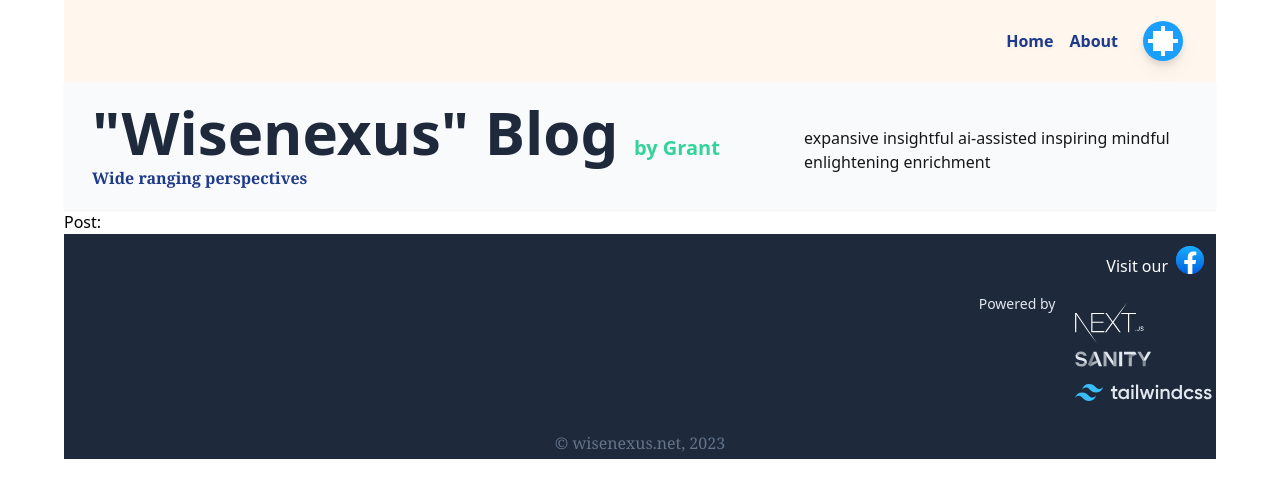
Repository: gpgundersen/sanity3-nextjs13-blog
Page: /post
An editor plug-in stored every save of this project. The page is shown before and after the next save, followed by the edit.
The browser window is 1280 px wide. The pictures show the whole page.
The project was rebuilt for these pictures with package versions that can differ from the ones it lists, and the page was loaded fresh each time. The framework's server and built-in components were replaced by stand-ins that run in the browser. Also part of the build but not shown: next.config.js.

Above is the page before, as saved 2023-02-05 20:36:40.

### app/(user)/layout.tsx
import Header from "../../components/Header"
import Banner from "../../components/Banner"
import Footer from "../../components/Footer"
import "../../styles/globals.css";

export default function RootLayout({
  children,
}: {
  children: React.ReactNode
}): JSX.Element {
  return (
    <html>
      <head />
      <body className="max-w-6xl mx-auto">
        <Header />
        <Banner />
        {children}
        <Footer />
        </body>
    </html>
  )
}

### app/(user)/post/page.tsx
import { client } from "../../../lib/sanity.client"

type Props = {
    params: {
        slug: string;
    };
};

function Post({params:
    { slug } }: Props) {
        return <div>Post: {slug}</div>;
    }


export default Post;

### components/Header.tsx
import NexusLogo from "./NexusLogo"
import Link from "next/link"

function Header() {
    return (
        <header className="flex items-center justify-end space-x-1 font-bold px-7 py-4 bg-orange-50">
            <div className="flex items-center justify-end space-x-4 mx-4 text-blue-900 drop-shadow-sm">
            <div className="hover:text-blue-500"><Link href="/">Home</Link></div>
            <div className="hover:text-blue-500"><Link href="/about/wise-phil">About</Link></div>
            </div>
            <div className="drop-shadow-lg">
               <NexusLogo />
            </div>
        </header>
    )
}

export default Header

### components/Banner.tsx
function Banner() {
    return <div className="flex items-center justify-between space-x-1 font-bold px-7 py-5 bg-slate-50 shadow-sm">
        <div >
            <h1 className="text-6xl text-slate-800">"Wisenexus" Blog <span className=" text-xl text-emerald-400">by Grant</span></h1>
            <h2 className="mt-4 md:mt-1 text-blue-900 font-serif">Wide ranging perspectives</h2>
        </div>
        <p className="mt-5 md:mt-2 max-w-sm text-neutral-900 font-thin">expansive insightful ai-assisted inspiring mindful enlightening enrichment</p>
        </div>

}

export default Banner

### components/Footer.tsx
import FbIcon from "./FbIcon"
import NextJsIcon from "./NextJsIcon"
import SanityIcon from "./SanityIcon"
import TailwindIcon from "./TailwindIcon"

function Footer() {
    return <div className="bg-slate-800 text-slate-200">
      <div className="container flex flex-col p-1">
        <div className="flex justify-end p-2 mr-7ver">
            <p className="text-white m-2 font-light">Visit our</p><FbIcon />
        </div>
        <div className="flex flex-wrap justify-end space-x-5 space-y-2">
          <p className="text-sm">Powered by</p>
          <ul>
            <li><NextJsIcon /></li>
            <li><SanityIcon /></li>
            <li className="mt-2.5"><TailwindIcon /></li>
          </ul>
          </div>
       <h6 className="font-serif text-slate-500 text-center mt-6">© wisenexus.net, 2023</h6>
      </div>
    </div>
}

export default Footer

### components/NexusLogo.tsx
function NexusLogo(props: any) {
    const {renderDefault, title} = props;
    return <div className="flex items-center space-x-2">
        <svg width="50" height="50" viewBox="0 0 50 50">
            <circle cx="25" cy="25" r="20" fill="#1B9FFF"/>
            <rect x="15" y="15" width="20" height="20" fill="white"/>
            <path d="M 25 10 L 25 40" stroke="white" strokeWidth="4"/>
            <path d="M 10 25 L 40 25" stroke="white" strokeWidth="4"/>
        </svg>
        {renderDefault && <>{renderDefault(props)}</>}
    </div>;
}

export default NexusLogo

### components/FbIcon.tsx
function FbIcon() {
    return <button className="bg-blue-600 rounded-full w-7 h-full">
      <a target="_blank" href="https://www.facebook.com/wise.nexus" rel="noopener noreferrer">
        <svg className="fill-white" xmlns="http://www.w3.org/2000/svg" viewBox="0 0 40 40">
          <linearGradient xmlns="http://www.w3.org/2000/svg" id="a" x1="-277.375" x2="-277.375" y1="406.6018" y2="407.5726" gradientTransform="matrix(40 0 0 -39.7778 11115.001 16212.334)" gradientUnits="userSpaceOnUse">
            <stop offset="0" stopColor="#0062e0"/>
            <stop offset="1" stopColor="#19afff"/>
          </linearGradient>
            <path xmlns="http://www.w3.org/2000/svg" fill="url(#a)" d="M16.7 39.8C7.2 38.1 0 29.9 0 20 0 9 9 0 20 0s20 9 20 20c0 9.9-7.2 18.1-16.7 19.8l-1.1-.9h-4.4l-1.1.9z"/>
            <path xmlns="http://www.w3.org/2000/svg" fill="#fff" d="m27.8 25.6.9-5.6h-5.3v-3.9c0-1.6.6-2.8 3-2.8H29V8.2c-1.4-.2-3-.4-4.4-.4-4.6 0-7.8 2.8-7.8 7.8V20h-5v5.6h5v14.1c1.1.2 2.2.3 3.3.3 1.1 0 2.2-.1 3.3-.3V25.6h4.4z"/>
        </svg>
      </a>
    </button>
}

export default FbIcon

### components/NextJsIcon.tsx
function NextJsIcon() {
    return <button className="">
        <a target="_blank" href="https://nextjs.org/" rel="noopener noreferrer">
            <svg xmlns="http://www.w3.org/2000/svg" width="68.7px" height="41.35px" viewBox="0 0 207 124" fill="white">
            <path d="M48.9421964,32.6320058 L87.9011585,32.6320058 L87.9011585,35.7136421 L52.5134345,35.7136421 L52.5134345,58.9070103 L85.7908813,58.9070103 L85.7908813,61.9886466 L52.5134345,61.9886466 L52.5134345,87.4526941 L88.306981,87.4526941 L88.306981,90.5343303 L48.9421964,90.5343303 L48.9421964,32.6320058 Z M91.3912326,32.6320058 L95.5306221,32.6320058 L113.8738,58.0960534 L132.622801,32.6320058 L158.124498,0.286809811 L116.22757,60.7722112 L137.817329,90.5343303 L133.51561,90.5343303 L113.8738,63.4483691 L94.1508254,90.5343303 L89.9302715,90.5343303 L111.682358,60.7722112 L91.3912326,32.6320058 Z M139.359455,35.713642 L139.359455,32.6320058 L183.756439,32.6320058 L183.756439,35.7136421 L163.302983,35.7136421 L163.302983,90.5343303 L159.731745,90.5343303 L159.731745,35.7136421 L139.359455,35.713642 Z"/>
            <polygon points="0.202923647 32.6320058 4.66697141 32.6320058 66.2235778 124.303087 40.785176 90.5343303 3.93649086 37.0111732 3.77416185 90.5343303 0.202923647 90.5343303"/>
            <path d="M183.396622,86.5227221 C184.134938,86.5227221 184.673474,85.9601075 184.673474,85.233037 C184.673474,84.5059658 184.134938,83.9433513 183.396622,83.9433513 C182.666993,83.9433513 182.11977,84.5059658 182.11977,85.233037 C182.11977,85.9601075 182.666993,86.5227221 183.396622,86.5227221 Z M186.905793,83.1297235 C186.905793,85.2763149 188.460599,86.678523 190.727662,86.678523 C193.142388,86.678523 194.601647,85.233037 194.601647,82.7229099 L194.601647,73.8855335 L192.655968,73.8855335 L192.655968,82.7142542 C192.655968,84.1078073 191.952397,84.8521899 190.710289,84.8521899 C189.598473,84.8521899 188.842785,84.1597409 188.816727,83.1297235 L186.905793,83.1297235 Z M197.146664,83.0172011 C197.285642,85.2503478 199.153145,86.678523 201.932686,86.678523 C204.903321,86.678523 206.762139,85.1811034 206.762139,82.792155 C206.762139,80.9138876 205.702439,79.8752151 203.131364,79.2779777 L201.750279,78.9404092 C200.117298,78.5595622 199.457158,78.0488813 199.457158,77.1573541 C199.457158,76.0321243 200.482113,75.296398 202.019547,75.296398 C203.478806,75.296398 204.48639,76.0148135 204.668797,77.1660091 L206.562359,77.1660091 C206.44944,75.0626962 204.590622,73.5825873 202.045605,73.5825873 C199.309495,73.5825873 197.48542,75.0626962 197.48542,77.2871878 C197.48542,79.1221767 198.519063,80.2127835 200.786126,80.7407758 L202.401734,81.1302779 C204.060773,81.5197807 204.790402,82.091051 204.790402,83.0431676 C204.790402,84.1510859 203.643842,84.9560573 202.08035,84.9560573 C200.403939,84.9560573 199.240006,84.2030196 199.074971,83.0172011 L197.146664,83.0172011 Z"/>
            </svg>
        </a>
    </button>
}

export default NextJsIcon

### components/SanityIcon.tsx
function SanityIcon () {
    return <button className="">
        <a target="_blank" href="https://www.sanity.io/" rel="noopener noreferrer">
        <svg viewBox="0 0 105 22" fill="none" xmlns="http://www.w3.org/2000/svg" height="1em">
            <path opacity="0.7" d="M78.1793 7.99261V21.0028H73.9031V10.2138L78.1793 7.99261Z" fill="currentColor"></path>
            <path opacity="0.7" d="M20.9511 21.33L30.944 16.1051L29.7121 12.9141L23.1332 15.9821L20.9511 21.33Z" fill="currentColor"></path>
            <path opacity="0.5" d="M73.9031 10.2027L84.7443 4.65477L82.9126 1.5571L73.9031 5.95997V10.2027Z" fill="currentColor"></path>
            <path opacity="0.7" d="M43.3705 6.96233V21.0028H39.2927V1.00714L43.3705 6.96233Z" fill="currentColor"></path>
            <path opacity="0.5" d="M27.1299 6.18617L20.9511 21.33L17.7731 18.5943L25.1353 1.00714L27.1299 6.18617Z" fill="currentColor"></path>
            <path d="M25.1353 1.00714H29.3477L37.1386 21.0028H32.8269L25.1353 1.00714Z" fill="currentColor"></path>
            <path d="M44.0012 1.00714L52.9824 14.6682V21.0028L39.2927 1.00714H44.0012Z" fill="currentColor"></path>
            <path d="M64.9183 1.00714H60.6739V21.0063H64.9183V1.00714Z" fill="currentColor"></path>
            <path d="M73.9031 4.65474H67.37V1.00714H82.5867L84.7443 4.65474H78.1793H73.9031Z" fill="currentColor"></path>
            <path opacity="0.5" d="M97.2754 13.4153V21.0028H93.0629V13.4153" fill="currentColor"></path>
            <path d="M93.0629 13.4152L100.191 1.00714H104.666L97.2754 13.4152H93.0629Z" fill="currentColor"></path>
            <path opacity="0.7" d="M93.063 13.4152L85.7363 1.00714H90.3456L95.3092 9.51008L93.063 13.4152Z" fill="currentColor"></path>
            <path d="M1.96126 3.31479C1.96126 6.09921 3.71145 7.75595 7.21536 8.62956L10.9283 9.47533C14.2444 10.2236 16.2639 12.0822 16.2639 15.1103C16.2897 16.4295 15.8531 17.7173 15.0274 18.7579C15.0274 15.7368 13.4367 14.1044 9.59972 13.1229L5.95409 12.3085C3.03475 11.6541 0.781478 10.1262 0.781478 6.83709C0.766123 5.56693 1.18116 4.32781 1.96126 3.31479" fill="currentColor"></path>
            <path opacity="0.7" d="M52.9824 13.6415V1.00714H57.0602V21.0028H52.9824V13.6415Z" fill="currentColor"></path>
            <path opacity="0.7" d="M12.7458 14.3689C14.3294 15.3643 15.0238 16.7565 15.0238 18.7544C13.713 20.4041 11.4101 21.33 8.70333 21.33C4.14718 21.33 0.958577 19.1268 0.25 15.2982H4.62547C5.18878 17.0559 6.68034 17.8703 8.67144 17.8703C11.1019 17.8703 12.7174 16.5964 12.7493 14.3619" fill="currentColor"></path>
            <path opacity="0.7" d="M4.23567 7.44267C3.5125 7.02045 2.9192 6.41375 2.51873 5.68697C2.11827 4.96019 1.92558 4.14045 1.96113 3.31476C3.22594 1.67891 5.42608 0.679993 8.10804 0.679993C12.7492 0.679993 15.4347 3.08852 16.0972 6.47856H11.8883C11.4242 5.14203 10.2621 4.10136 8.14347 4.10136C5.87957 4.10136 4.33487 5.39611 4.24629 7.44267" fill="currentColor"></path>
        </svg>
        </a>
    </button>
}

export default SanityIcon

### components/TailwindIcon.tsx
function TailwindIcon() {
    return <button className="">
        <a target="_blank" href="https://tailwindcss.com/" rel="noopener noreferrer">
            <svg xmlns="http://www.w3.org/2000/svg" width="136.6.8" height="17.08" viewBox="0 0 512 64">
                <path d="M52.898 0C38.792 0 29.976 7.053 26.45 21.16c5.29-7.054 11.462-9.699 18.515-7.935 4.024 1.005 6.9 3.926 10.084 7.157 5.186 5.264 11.189 11.357 24.3 11.357 14.106 0 22.922-7.053 26.449-21.16-5.29 7.054-11.462 9.699-18.515 7.935-4.024-1.005-6.9-3.926-10.084-7.157C72.012 6.093 66.01 0 52.898 0zM26.45 31.739c-14.106 0-22.922 7.053-26.449 21.16 5.29-7.054 11.461-9.699 18.514-7.935 4.025 1.007 6.9 3.926 10.084 7.157 5.186 5.264 11.19 11.357 24.3 11.357 14.107 0 22.923-7.053 26.45-21.16-5.29 7.054-11.462 9.699-18.515 7.935-4.024-1.005-6.9-3.926-10.084-7.156-5.186-5.265-11.189-11.358-24.3-11.358z" fill="#38bdf8"/>
                <path d="M158.687 26.747h-9.231v17.868c0 4.765 3.126 4.69 9.231 4.392v7.222c-12.358 1.489-17.272-1.936-17.272-11.614V26.747h-6.85v-7.743h6.85v-10l8.04-2.382v12.382h9.232zm35.192-7.743h8.04V56.23h-8.04v-5.36c-2.83 3.945-7.222 6.328-13.03 6.328-10.124 0-18.537-8.562-18.537-19.58 0-11.093 8.413-19.58 18.538-19.58 5.807 0 10.2 2.382 13.029 6.253zM182.115 49.53c6.7 0 11.764-4.989 11.764-11.912s-5.063-11.912-11.764-11.912-11.763 4.988-11.763 11.912 5.063 11.912 11.763 11.912zm33.205-36.11c-2.83 0-5.137-2.383-5.137-5.138a5.147 5.147 0 0 1 5.137-5.137 5.147 5.147 0 0 1 5.137 5.137c0 2.755-2.308 5.138-5.137 5.138zm-4.02 42.808V19.004h8.04V56.23zm17.346 0V1.881h8.041v54.348zm60.23-37.225h8.487L285.675 56.23h-7.892l-7.743-25.09-7.817 25.09h-7.891l-11.689-37.225h8.487l7.222 25.685 7.817-25.685h7.668l7.743 25.685zm18.464-5.583c-2.83 0-5.137-2.383-5.137-5.138a5.147 5.147 0 0 1 5.137-5.137 5.147 5.147 0 0 1 5.137 5.137c0 2.755-2.308 5.138-5.137 5.138zm-4.02 42.808V19.004h8.04V56.23zm36.926-38.193c8.339 0 14.295 5.659 14.295 15.337v22.856h-8.04V34.192c0-5.658-3.277-8.636-8.34-8.636-5.285 0-9.454 3.127-9.454 10.72V56.23h-8.04V19.004h8.04v4.765c2.457-3.871 6.477-5.733 11.54-5.733zM392.66 4.114h8.04V56.23h-8.04v-5.36c-2.83 3.945-7.222 6.328-13.029 6.328-10.125 0-18.538-8.562-18.538-19.58 0-11.093 8.413-19.58 18.538-19.58 5.807 0 10.2 2.382 13.029 6.253zM380.896 49.53c6.7 0 11.763-4.989 11.763-11.912s-5.063-11.912-11.763-11.912-11.763 4.988-11.763 11.912 5.062 11.912 11.763 11.912zm46.754 7.668c-11.242 0-19.654-8.562-19.654-19.58 0-11.093 8.412-19.58 19.654-19.58 7.296 0 13.625 3.796 16.603 9.603l-6.924 4.02c-1.638-3.498-5.286-5.732-9.753-5.732-6.552 0-11.54 4.988-11.54 11.689s4.988 11.688 11.54 11.688c4.467 0 8.115-2.308 9.902-5.732l6.923 3.945c-3.126 5.882-9.455 9.679-16.75 9.679zm30.003-27.919c0 6.775 20.027 2.68 20.027 16.454 0 7.445-6.477 11.465-14.517 11.465-7.445 0-12.806-3.35-15.188-8.71l6.924-4.021c1.191 3.35 4.169 5.36 8.264 5.36 3.573 0 6.328-1.19 6.328-4.169 0-6.626-20.027-2.903-20.027-16.23 0-6.998 6.03-11.39 13.624-11.39 6.105 0 11.168 2.828 13.773 7.742l-6.774 3.797c-1.34-2.903-3.946-4.244-6.999-4.244-2.903 0-5.435 1.266-5.435 3.946zm34.322 0c0 6.775 20.027 2.68 20.027 16.454 0 7.445-6.477 11.465-14.518 11.465-7.445 0-12.805-3.35-15.188-8.71l6.924-4.021c1.191 3.35 4.17 5.36 8.264 5.36 3.574 0 6.328-1.19 6.328-4.169 0-6.626-20.027-2.903-20.027-16.23 0-6.998 6.03-11.39 13.625-11.39 6.104 0 11.167 2.828 13.773 7.742l-6.775 3.797c-1.34-2.903-3.946-4.244-6.998-4.244-2.904 0-5.435 1.266-5.435 3.946z" fill="currentColor"/>
            </svg>
        </a>
    </button>
}

export default TailwindIcon

Loaded but not shown: styles/globals.css (common file); tailwind.config.js (common file)

After the next save:
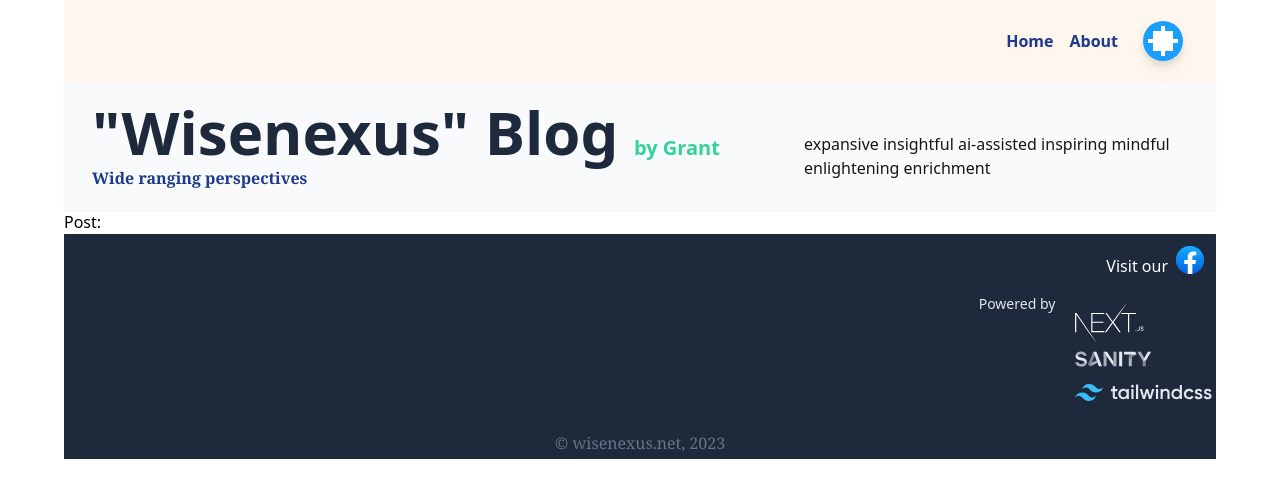
Saved 3 min 28 s later.
--- a/components/Banner.tsx
+++ b/components/Banner.tsx
@@ -4,7 +4,7 @@
             <h1 className="text-6xl text-slate-800">"Wisenexus" Blog <span className=" text-xl text-emerald-400">by Grant</span></h1>
             <h2 className="mt-4 md:mt-1 text-blue-900 font-serif">Wide ranging perspectives</h2>
         </div>
-        <p className="mt-5 md:mt-2 max-w-sm text-neutral-900 font-thin">expansive insightful ai-assisted inspiring mindful enlightening enrichment</p>
+        <p className="mt-5 max-w-sm text-neutral-900 font-thin">expansive insightful ai-assisted inspiring mindful enlightening enrichment</p>
         </div>
 
 }
